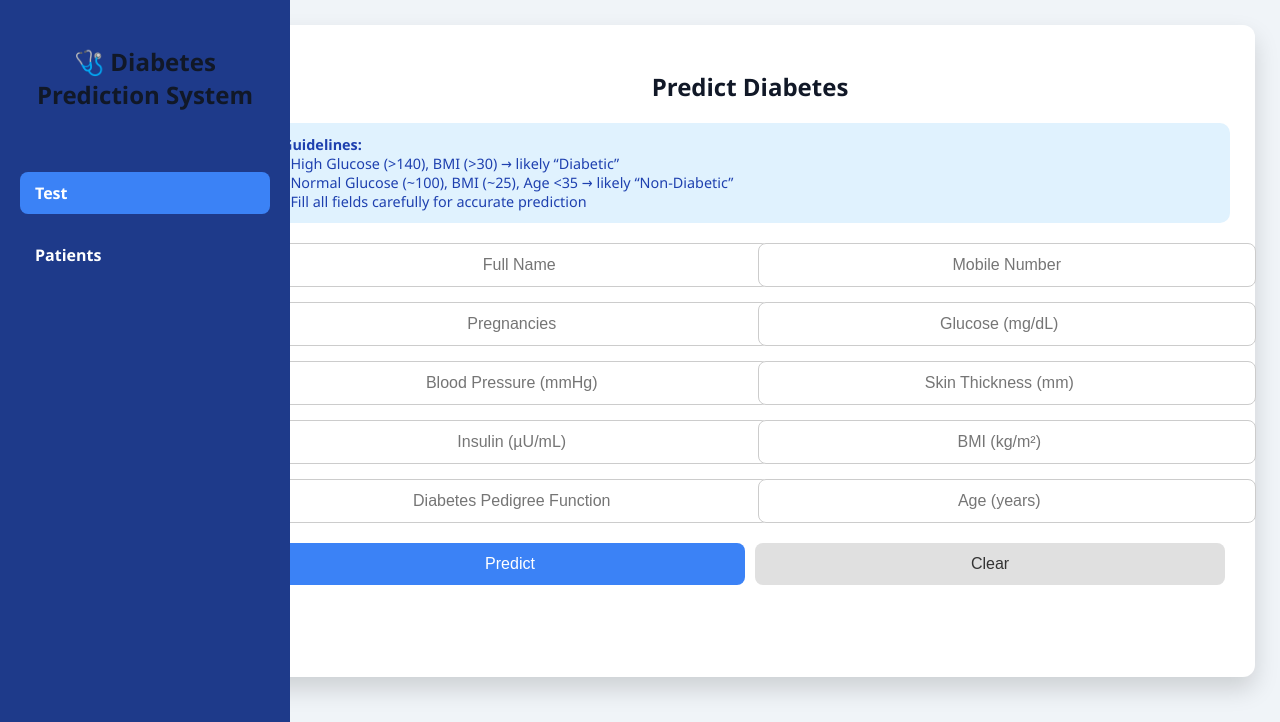
Repository: Aman14150/diabetes-prediction-system
Page: http://localhost/
An editor plug-in stored every save of this project. The page is shown before and after the next save, followed by the edit.
The browser window is 1280 px wide. The pictures show the whole page.
The page is served by the project's application, run on Flask 3 (app.py).

Above is the page before, as saved 2025-10-07 19:55:38.

### templates/index.html
<!DOCTYPE html>
<html lang="en">
<head>
    <meta charset="UTF-8">
    <title>Diabetes Prediction</title>
    <link rel="stylesheet" href="{{ url_for('static', filename='style.css') }}">
</head>
<body>
<div class="container">
    <aside class="sidebar">
        <h2>🩺 Diabetes Prediction System</h2>
        <ul>
            <li><a href="/" class="{% if not show_patients %}active{% endif %}">Test</a></li>
            <li><a href="/patients" class="{% if show_patients %}active{% endif %}">Patients</a></li>
        </ul>
    </aside>

    <main class="content">
        {% if not show_patients %}
        <!-- Test Form -->
        <div class="card">
            <h2>Predict Diabetes</h2>
            <div class="guidelines">
                <strong>Guidelines:</strong><br>
                - High Glucose (>140), BMI (>30) → likely “Diabetic”<br>
                - Normal Glucose (~100), BMI (~25), Age <35 → likely “Non-Diabetic”<br>
                - Fill all fields carefully for accurate prediction
            </div>

            <form id="diabetesForm" action="/predict" method="post">
                <input type="text" name="name" placeholder="Full Name" required>
                <input type="tel" name="mobile" placeholder="Mobile Number" required>
                <input type="number" name="Pregnancies" placeholder="Pregnancies" step="any" required>
                <input type="number" name="Glucose" placeholder="Glucose (mg/dL)" step="any" required>
                <input type="number" name="BloodPressure" placeholder="Blood Pressure (mmHg)" step="any" required>
                <input type="number" name="SkinThickness" placeholder="Skin Thickness (mm)" step="any" required>
                <input type="number" name="Insulin" placeholder="Insulin (µU/mL)" step="any" required>
                <input type="number" name="BMI" placeholder="BMI (kg/m²)" step="any" required>
                <input type="number" name="DiabetesPedigreeFunction" placeholder="Diabetes Pedigree Function" step="any" required>
                <input type="number" name="Age" placeholder="Age (years)" step="any" required>

                <div class="button-group">
                    <button type="submit" id="predictBtn">Predict</button>
                    <button type="button" id="clearBtn">Clear</button>
                </div>

                {% if prediction_text %}
                <div class="prediction">{{ prediction_text }}</div>
                {% else %}
                <div class="prediction">&nbsp;</div>
                {% endif %}
            </form>
        </div>
        {% else %}
        <!-- Patients Table -->
        <div class="card">
            <h2>Patients List</h2>
            <table>
                <thead>
                <tr>
                    {% for col in patient_columns %}
                        <th>{{ col|capitalize }}</th>
                    {% endfor %}
                    <th>Action</th>
                </tr>
                </thead>
                <tbody>
                {% for row in patient_data %}
                    <tr>
                        {% for item in row %}
                            <td>{{ item }}</td>
                        {% endfor %}
                        <td>
                            <form action="{{ url_for('delete_patient', patient_id=row[0]) }}" method="post">
                                <button type="submit" class="delete-btn">Delete</button>
                            </form>
                        </td>
                    </tr>
                {% endfor %}
                </tbody>
            </table>
        </div>
        {% endif %}
    </main>
</div>

<script>
    document.getElementById('clearBtn')?.addEventListener('click', function () {
        document.getElementById('diabetesForm')?.reset();
    });
</script>
</body>
</html>

### app.py
from flask import Flask, render_template, request, redirect, url_for
import joblib
import pandas as pd
import mysql.connector

app = Flask(__name__)

# MySQL Connection
db = mysql.connector.connect(
    host="127.0.0.1",
    port=3307,
    user="amanR",
    password="Mysql@150",
    database="diabetes_db"
)
cursor = db.cursor()
print("Database Connected successfully ✅")

# Load model & scaler
model = joblib.load("diabetes_model.pkl")
scaler = joblib.load("scaler.pkl")

@app.route('/')
def home():
    return render_template('index.html', prediction_text=None, show_patients=False)

@app.route('/predict', methods=['POST'])
def predict():
    try:
        # Personal info
        name = request.form['name']
        mobile = request.form['mobile']

        # Health data
        data = [float(request.form[key]) for key in [
            "Pregnancies","Glucose","BloodPressure","SkinThickness",
            "Insulin","BMI","DiabetesPedigreeFunction","Age"
        ]]
        input_df = pd.DataFrame([data], columns=[
            "Pregnancies","Glucose","BloodPressure","SkinThickness",
            "Insulin","BMI","DiabetesPedigreeFunction","Age"
        ])
        scaled_input = scaler.transform(input_df)
        prediction = model.predict(scaled_input)[0]
        result = "Diabetic" if prediction == 1 else "Non-Diabetic"

        # Save to MySQL
        sql = """INSERT INTO patients
                 (name, mobile, pregnancies, glucose, blood_pressure, skin_thickness, insulin, bmi, dpf, age, prediction)
                 VALUES (%s,%s,%s,%s,%s,%s,%s,%s,%s,%s,%s)"""
        cursor.execute(sql, (name, mobile, *data, result))
        db.commit()

        return render_template('index.html', prediction_text=f"Prediction: 🩺 {result}", show_patients=False)

    except Exception as e:
        return render_template('index.html', prediction_text=f"Error: {str(e)}", show_patients=False)

@app.route('/patients')
def patients():
    cursor.execute("SELECT * FROM patients")
    rows = cursor.fetchall()
    columns = [desc[0] for desc in cursor.description]
    return render_template('index.html', patient_data=rows, patient_columns=columns, show_patients=True)

@app.route('/delete/<int:patient_id>', methods=['POST'])
def delete_patient(patient_id):
    cursor.execute("DELETE FROM patients WHERE id=%s", (patient_id,))
    db.commit()
    return redirect(url_for('patients'))

if __name__ == '__main__':
    app.run(debug=True)

### static/style.css
body {
    font-family: 'Segoe UI', Tahoma, Geneva, Verdana, sans-serif;
    margin: 0;
    padding: 0;
    background: linear-gradient(135deg,#f0f4f8,#d9e2ec);
}

.container {
    display: flex;
    min-height: 100vh;
}

.sidebar {
    width: 220px;
    min-width: 250px;
    max-width: 250px;
    background: #1e3a8a;
    color: white;
    padding: 25px 20px;
    display: flex;
    flex-direction: column;
    position: fixed;
    top: 0;
    left: 0;
    height: 100vh;
    overflow-y: auto;
}


.sidebar h2 {
    text-align: center;
    margin-bottom: 25px;
    font-size: 1.5rem;
}

.sidebar ul {
    list-style: none;
    padding: 0;
    flex: 1;
}

.sidebar ul li {
    margin: 20px 0;
}

.sidebar ul li a {
    color: white;
    text-decoration: none;
    font-weight: bold;
    display: block;
    padding: 10px 15px;
    border-radius: 8px;
    transition: background 0.3s;
}

.sidebar ul li a.active, .sidebar ul li a:hover {
    background: #3b82f6;
}

.content {
     flex: 1;
    margin-left: 220px;
    padding: 25px;
    background: #f0f4f8;
}

.card {
    background: white;
    padding: 25px;
    border-radius: 12px;
    box-shadow: 0 12px 25px rgba(0,0,0,0.15);
    margin-bottom: 20px;
}

h2 {
    text-align: center;
    color: #111827;
}

.guidelines {
    background-color: #e0f2fe;
    color: #1e40af;
    padding: 12px;
    border-radius: 10px;
    margin-bottom: 20px;
    font-size: 0.9rem;
    text-align: left;
}

form {
    display: grid;
    grid-template-columns: 1fr 1fr;
    gap: 15px;
}

input {
    width: 100%;
    padding: 12px;
    border-radius: 8px;
    border: 1px solid #ccc;
    font-size: 1rem;
    text-align: center;
}

input:focus {
    outline: none;
    border-color: #3b82f6;
    box-shadow: 0 0 5px rgba(59,130,246,0.5);
}

.button-group {
    grid-column: span 2;
    display: flex;
    justify-content: space-between;
}

button {
    padding: 12px;
    font-size: 1rem;
    border-radius: 8px;
    border: none;
    cursor: pointer;
    flex: 1;
    margin: 5px;
    transition: background-color 0.3s ease;
}

#predictBtn {
    background-color: #3b82f6;
    color: white;
}

#predictBtn:hover {
    background-color: #1e40af;
}

#clearBtn {
    background-color: #e0e0e0;
    color: #333;
}

#clearBtn:hover {
    background-color: #bdbdbd;
}

.prediction {
    grid-column: span 2;
    text-align: center;
    margin-top: 20px;
    font-size: 1.2rem;
    font-weight: bold;
    color: #3b82f6;
}

table {
    width: 100%;
    border-collapse: collapse;
}

table, th, td {
    border: 1px solid #ccc;
}

th, td {
    padding: 12px;
    text-align: center;
}

th {
    background: #3b82f6;
    color: white;
}

.delete-btn {
    background: #ef4444;
    color: white;
    padding: 6px 12px;
    border-radius: 6px;
    border: none;
    cursor: pointer;
    transition: 0.3s;
}

.delete-btn:hover {
    background: #b91c1c;
}

After the next save:
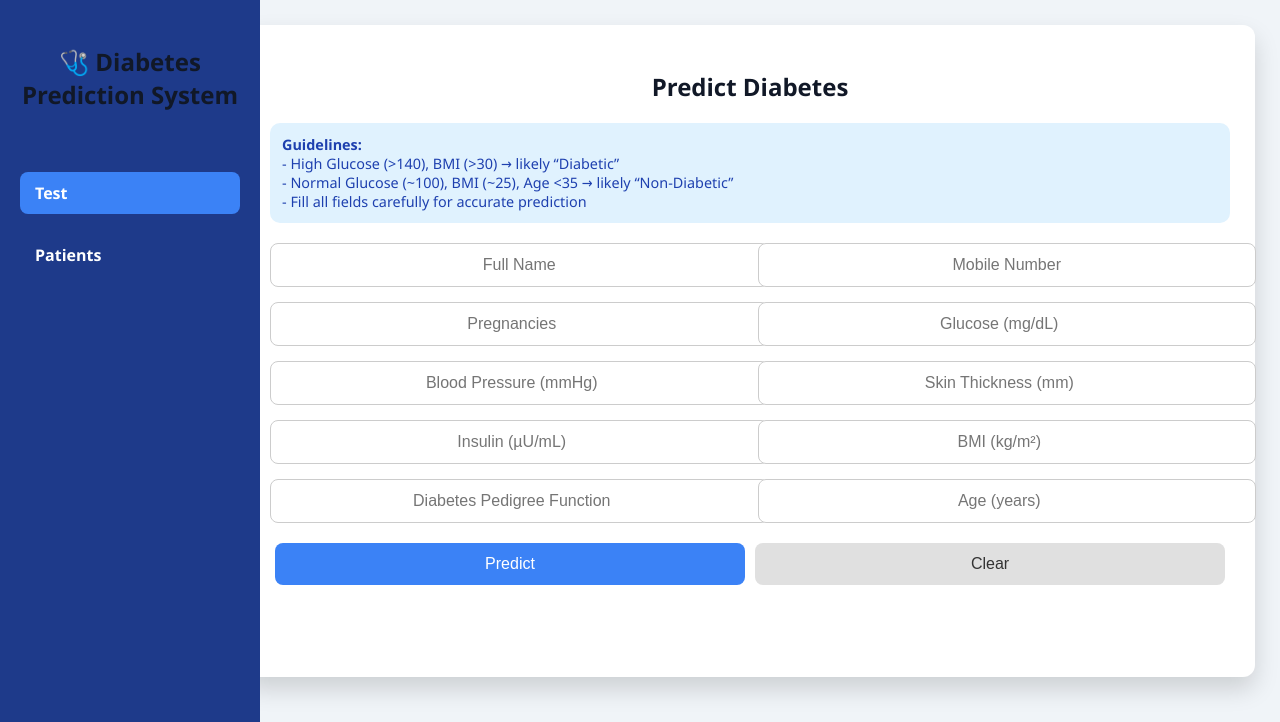
Saved 6 s later.
--- a/static/style.css
+++ b/static/style.css
@@ -12,8 +12,6 @@ body {
 
 .sidebar {
     width: 220px;
-    min-width: 250px;
-    max-width: 250px;
     background: #1e3a8a;
     color: white;
     padding: 25px 20px;
